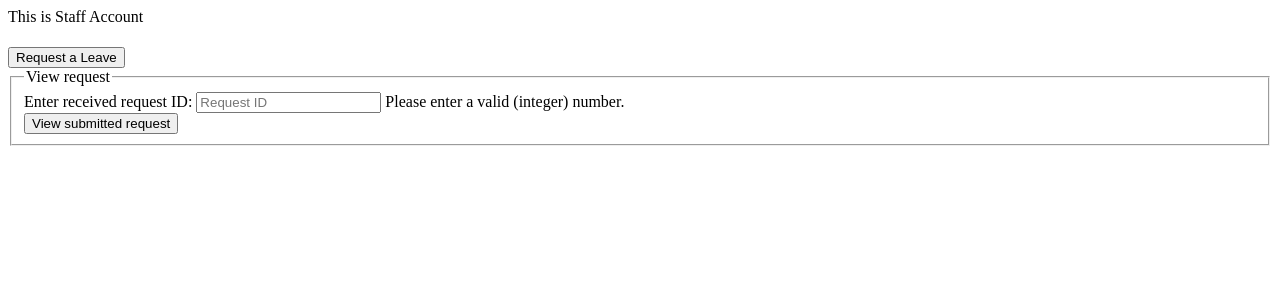
Repository: sakuuLay/StaffManagementSys
Page: http://localhost/test/SMaccount.jsp
The author's editor kept a copy of each file at every save. The page is drawn from the files as they stood at one save, then again after the next save.
The browser window is 1280 px wide. The pictures show the whole page.
The page is served by Tomcat 9. Nobody is signed in. The application's start-up code is not run. The template is opened directly, without the code that normally fills it, so the values that code supplies are empty.

Above is the page before, as saved 2024-10-20 15:00:15.
Console error: TypeError: Cannot read properties of null (reading 'addEventListener')

After the next save:
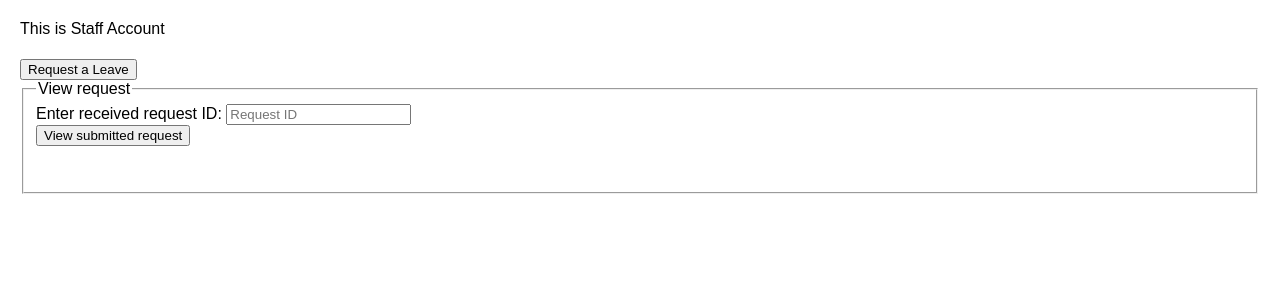
Saved 2 min 51 s later.
--- a/test/src/main/webapp/SMaccount.jsp
+++ b/test/src/main/webapp/SMaccount.jsp
@@ -6,6 +6,18 @@
 <head>
 <meta charset="UTF-8">
 <title>StaffMemberAccount</title>
+    <style>
+        body {
+            font-family: Arial, sans-serif;
+            margin: 20px;
+        }
+        span.error {
+            color: red;
+            display: none;
+        }
+    </style>
+
+
 </head>
 <body>
 	This is Staff Account
@@ -48,7 +60,7 @@
             <input type="text" id="Reqid" name="did" placeholder="Request ID" pattern="(100|[1-9]?[0-9])$" required>
             <span id="errorInt" class="error">Please enter a valid (integer) number.</span><br>
 
-            <button type="submit">View submitted request</button>
+            <button type="submit">View submitted request</button><br><br><br>
 		</fieldset>
 	</form>
 
